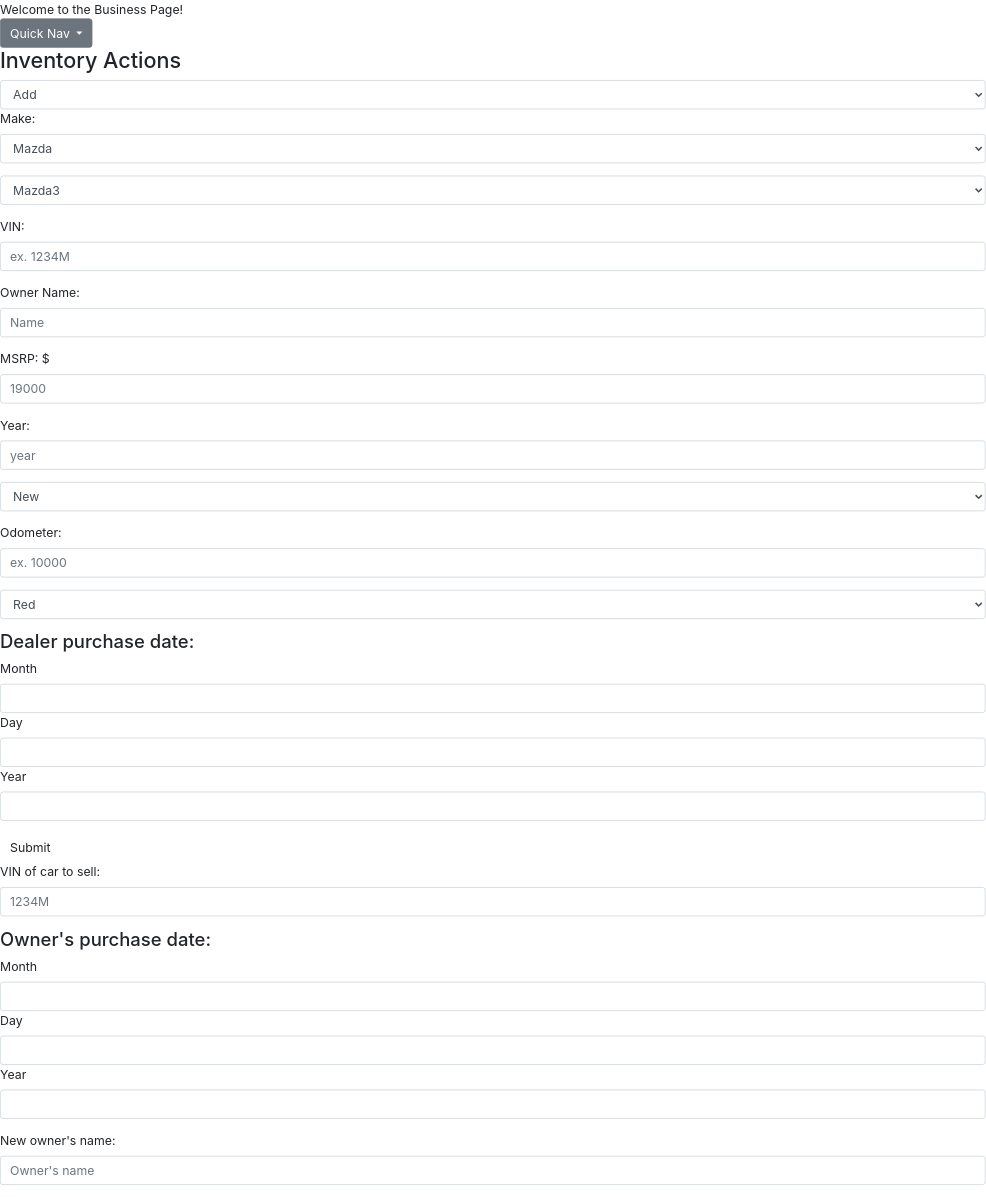
Repository: CodyHogge/CarDealershipProject
Page: http://localhost/CarDealershipProject/businessPage.jsp
These files come from the project's save history. The page is drawn as it stood at one moment and after the next save; the edit follows.
The browser window is 1280 px wide. The pictures show the whole page, at 77% of full size.
The page is served by Tomcat 9.

Above is the page before, as saved 2020-09-14 15:07:10.

After the next save:
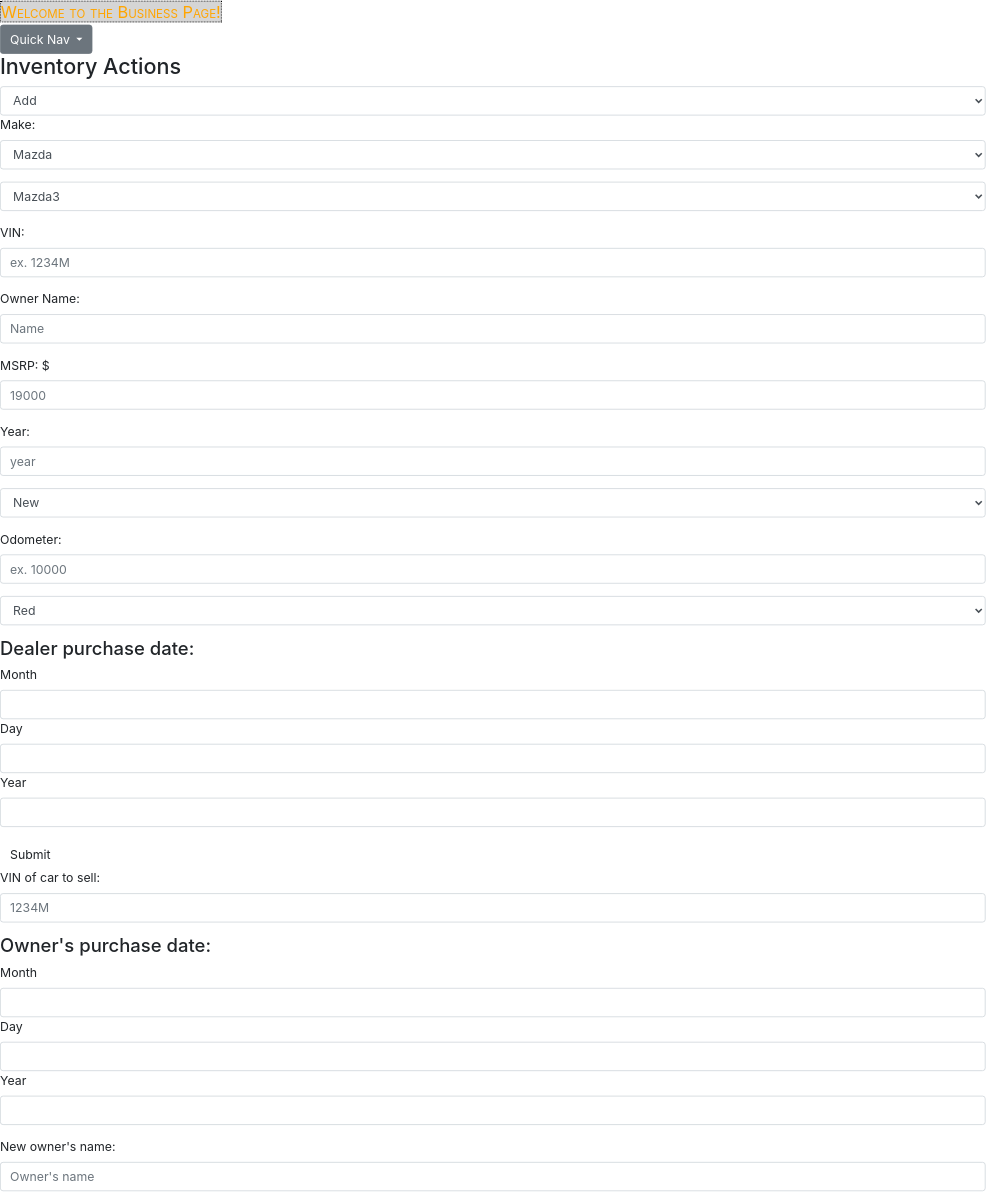
Saved 2 min 49 s later.
--- a/CarDealershipProject/WebContent/styles/styles.css
+++ b/CarDealershipProject/WebContent/styles/styles.css
@@ -1,3 +1,17 @@
+.top-banner{
+	font-variant: small-caps;
+	font-size: 16pt;
+	border-style: dotted;
+	border-right-width: 1px;
+	border-left-width: 1px;
+	border-top-width: 1px;
+	border-bottom-width: 1px;
+	border-color: black;
+	background-color: #d5d5d5;
+	color: orange;
+}
+
+
 .avail-cars{
 	margin: 15px;
 	background-color: #d5d5d5;
